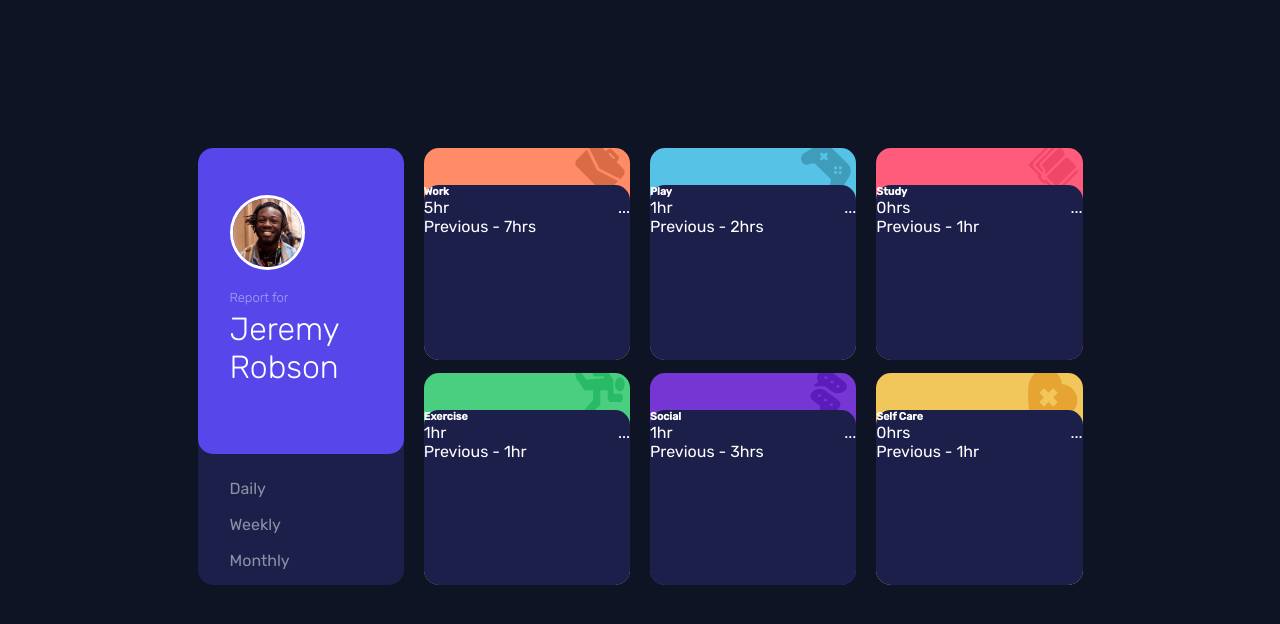
Repository: 3mr-5aled/time-tracking-dashboard-Junior
Page: index.html
These files come from the project's save history. The page is drawn as it stood at one moment and after the next save; the edit follows.
The browser window is 1280 px wide. The pictures show the whole page.

Above is the page before, as saved 2022-12-27 21:01:58.

After the next save:
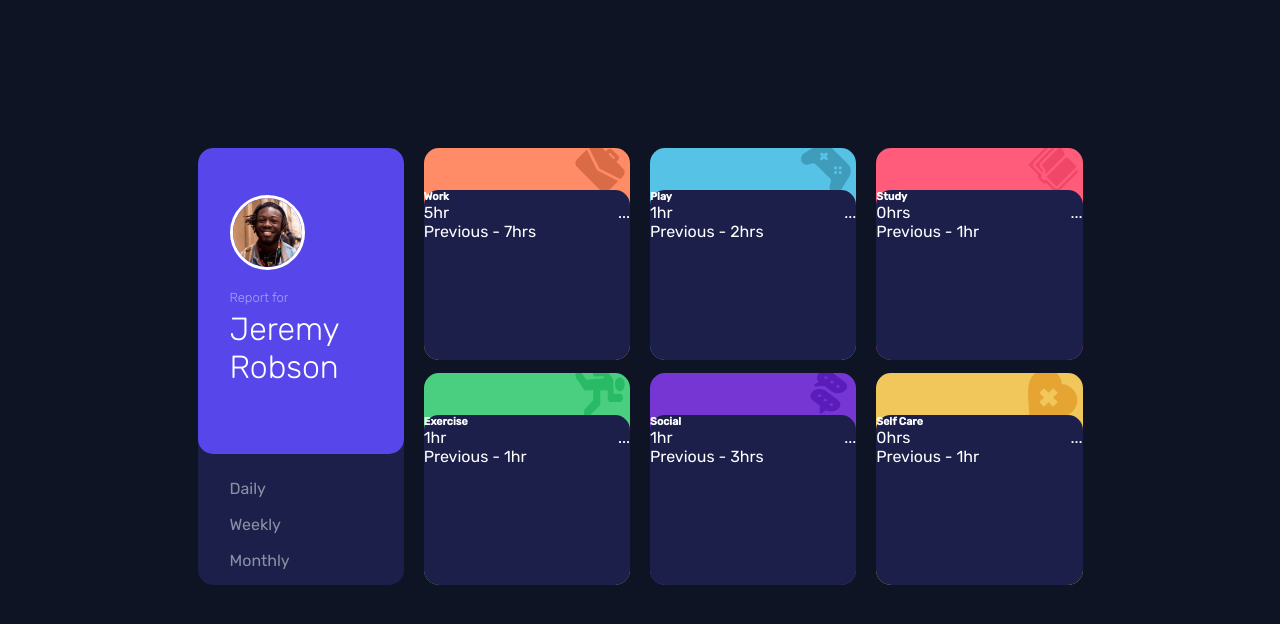
Saved 4 s later.
--- a/style.css
+++ b/style.css
@@ -146,7 +146,7 @@ body {
   position: absolute;
   height: 85%;
   width: 100%;
-  bottom: -5px;
+  bottom: -10px;
 }
 .work {
   grid-area: work;
